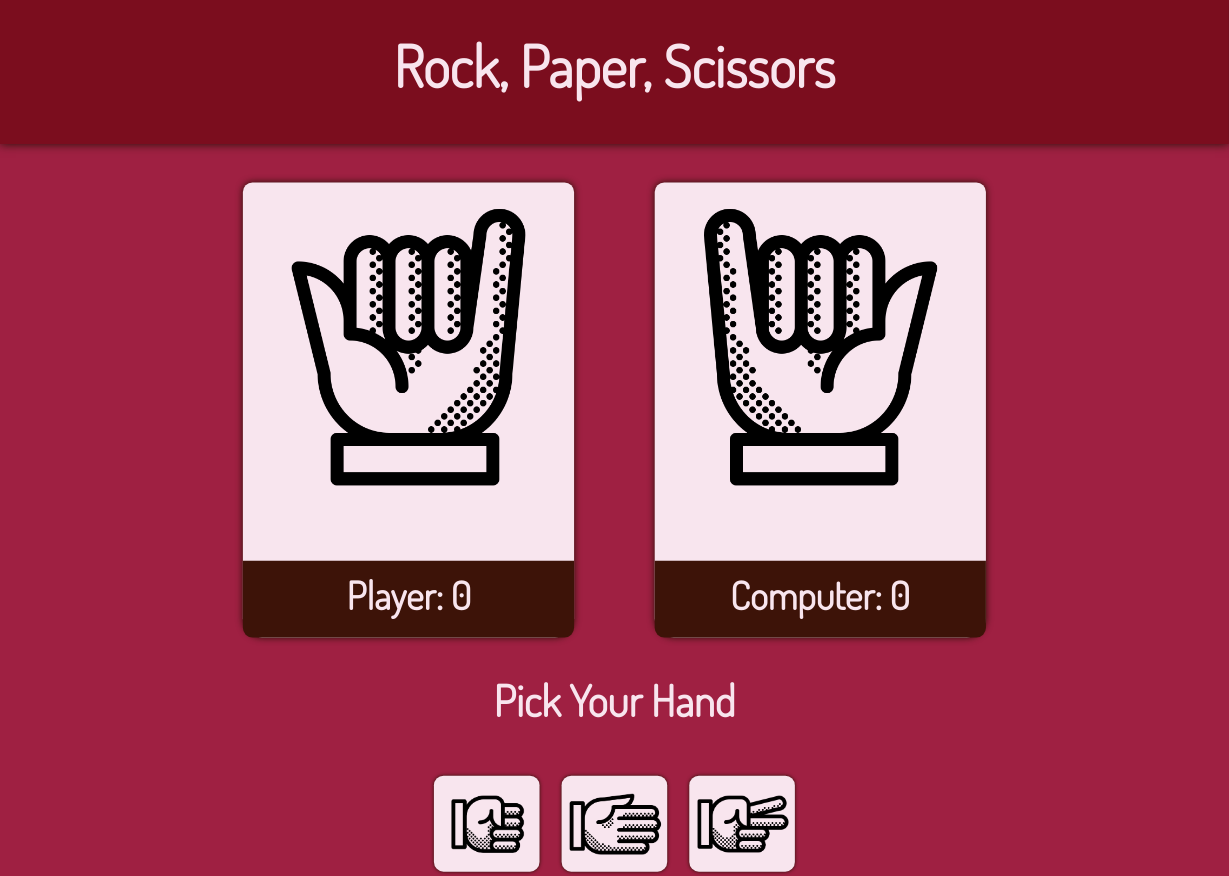
Repository: shayanabedi98/rock-paper-scissors
Page: index.html
The author's editor kept a copy of each file at every save. The page is drawn from the files as they stood at one save, then again after the next save.
The browser window is 1280 px wide. The pictures show the whole page, at 96% of full size.

Above is the page before, as saved 2023-07-14 01:44:55.
Console error: ReferenceError: Invalid left-hand side in assignment

After the next save:
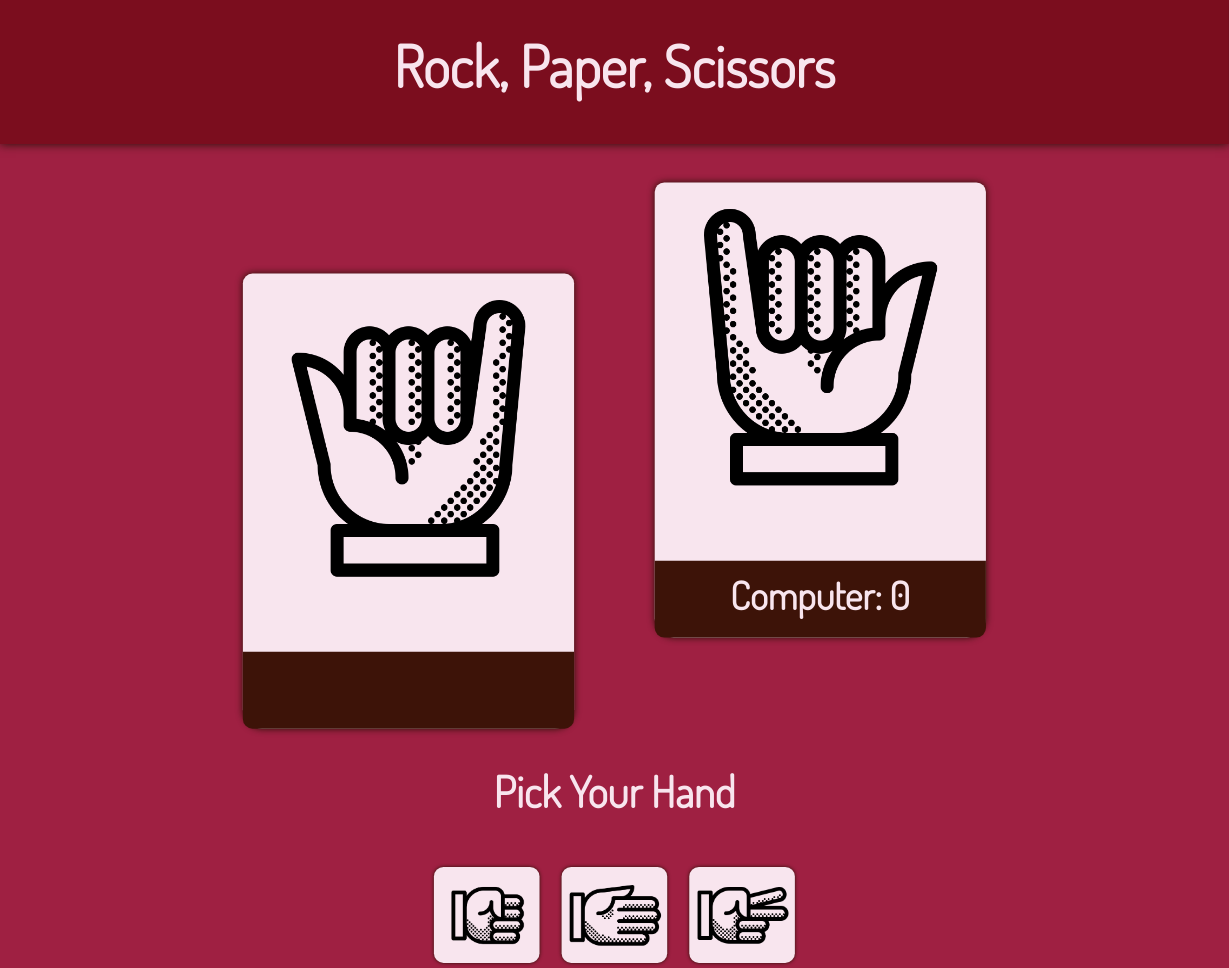
Saved 22 s later.
--- a/index.html
+++ b/index.html
@@ -17,7 +17,7 @@
         <div class="card">
             <div class="player">
                 <img src="resources/startleft.png" alt="Starting image before game">
-                <h3>Player: 0</h3>
+                <h3></h3>
             </div>
         </div>
         <div class="card">

After the save that followed:
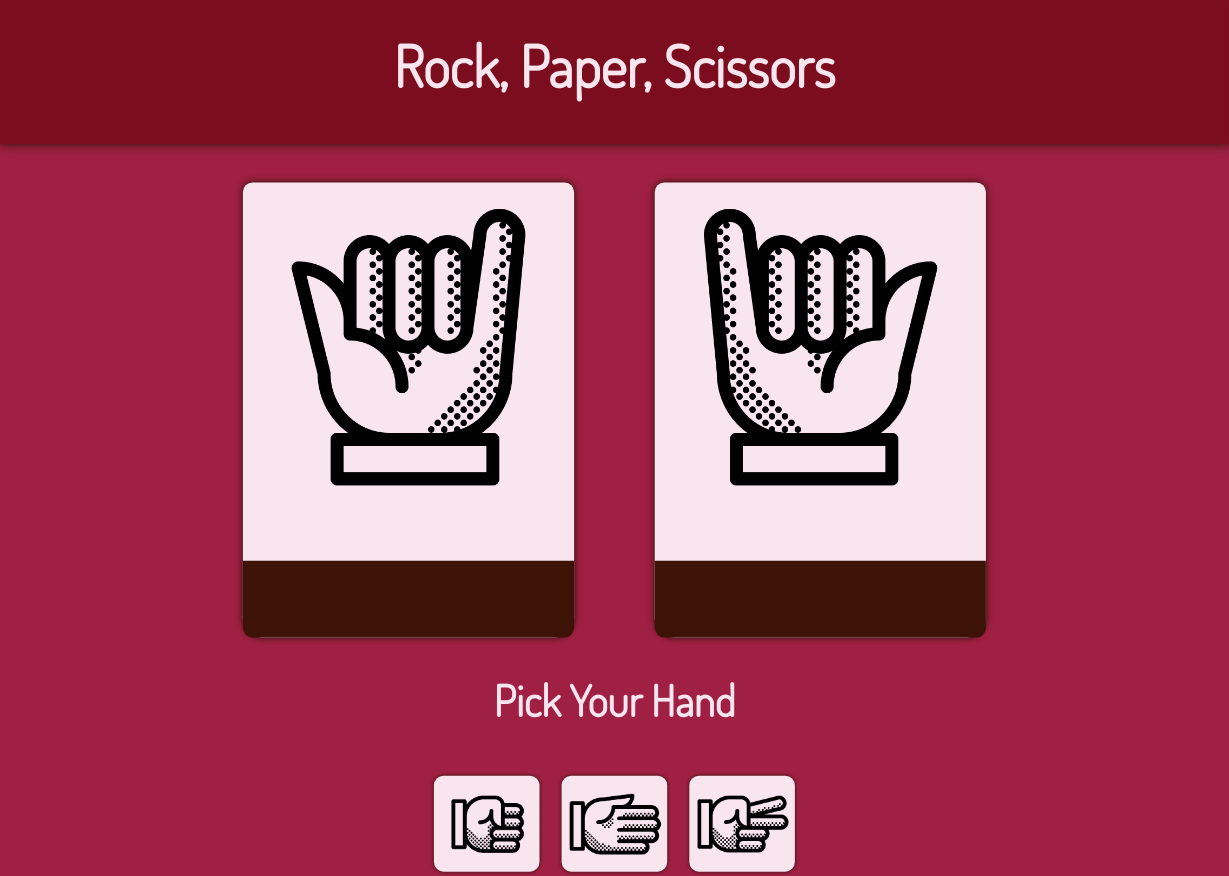
Saved 6 s later.
--- a/index.html
+++ b/index.html
@@ -23,7 +23,7 @@
         <div class="card">
             <div class="computer">
                 <img src="resources/start.png" alt="Starting image before game">
-                <h3>Computer: 0</h3>
+                <h3></h3>
             </div>
         </div>
     </div>
